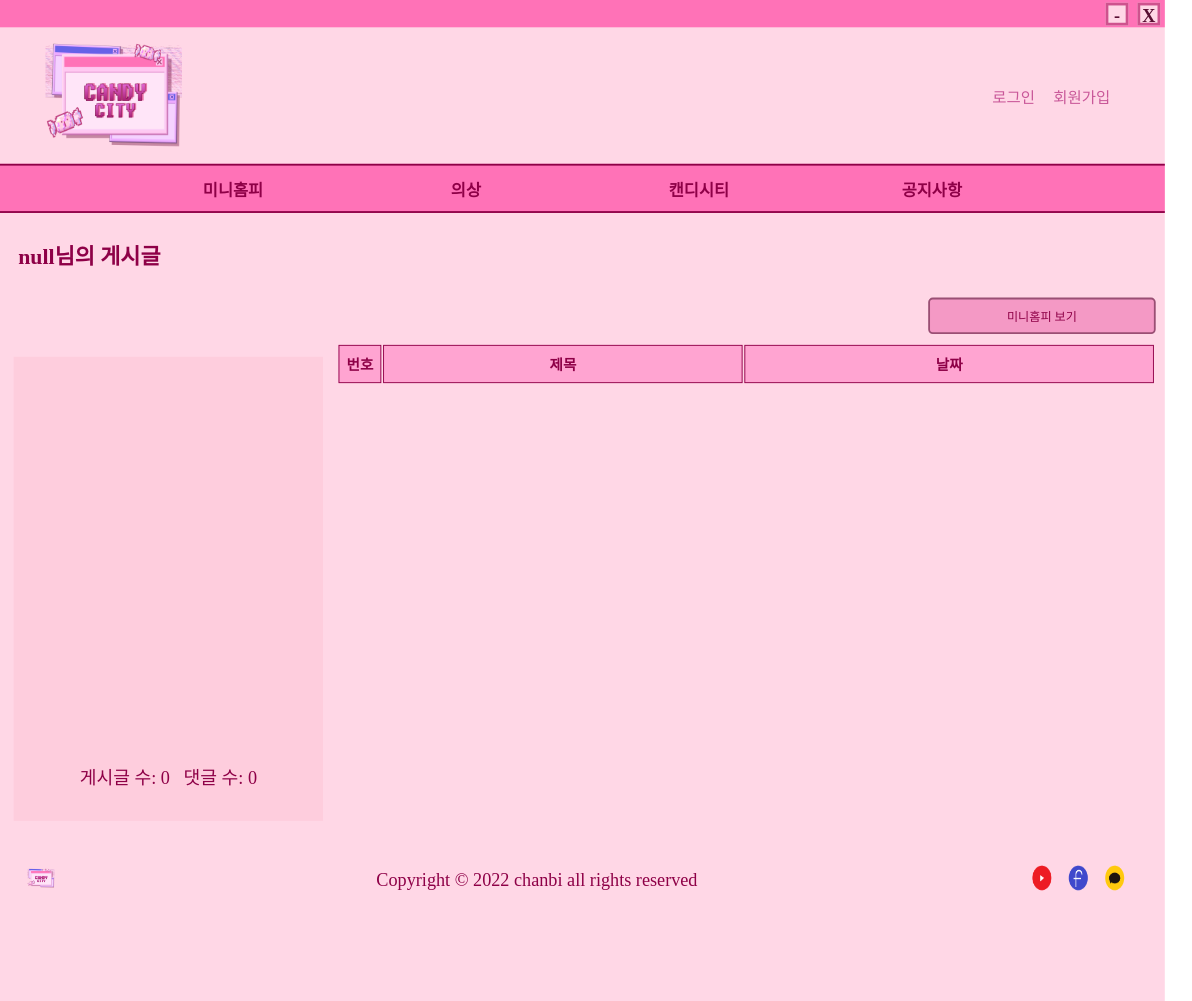
Repository: chanbiM/candyCityProject
Page: http://localhost/CandyCityProj/GetPostList
These files come from the project's save history. The page is drawn as it stood at one moment and after the next save; the edit follows.
The browser window is 1280 px wide. The page is 1310 px wide, so the pictures cover 1310 px, including what lies to the right of the window. The pictures show the whole page, at 91% of full size.
Some web fonts or font styles are not loaded; a fallback is used. The page is served by Tomcat 9. Other server files are loaded and not shown. Queries for data that is not in the repository find no rows.

Above is the page before, as saved 2022-11-19 10:48:15.

### CandyCityProj/WebContent/member/homepi/postList.jsp
<%@page import="vo.PostVO"%>
<%@page import="java.util.ArrayList"%>
<%@ page language="java" contentType="text/html; charset=UTF-8"
	pageEncoding="UTF-8"%>
<%@ include file="/header.jsp"%>
<link rel="stylesheet" href="/css/homepiStyle.css">
<link rel="stylesheet" href="/css/postListStyle.css">
<%
	MemberVO hompiData = (MemberVO) request.getAttribute("homepiUser");
	ArrayList<PostVO> postData = (ArrayList<PostVO>) request.getAttribute("postData");
%>
	        <!-- 미니홈피 보기-->
        <br>
        <h2><%= hompiData.getName() %>님의 게시글</h2>
			<!-- 버튼박스-->
			<div class="buttonBox">
			<button class="listBtn">
				<a href="/GetHomepi?id=<%= hompiData.getId() %>">미니홈피 보기</a>
			</button>
			<%
			if(vo != null) {

			%>
			<button class="listBtn">
				<a href="/GetHomepi?id=<%= vo.getId() %>">내 미니홈피로</a>
			</button>
			<%
			}
			%>

			</div>

			<div class="character_info">
	<div class="info_character">
		<!-- 유저캐릭터 전신 삽입-->
	</div>

	<!--내 홈피일 경우-->
	<%
	if(vo == null) {
	%>
		<br><br><br><br>
		<p style="font-size: 20px;">게시글 수: <%= hompiData.getPostNum() %> &nbsp; 댓글 수: <%= hompiData.getCommentNum() %></p>
	<%
	} else {
	%>
		<% if(vo.getId().equals(hompiData.getId())) {%>
		<a href="#" style="color: #804d66;">캐릭터 설정</a><br> <br>
		<button id="post_btn">
			<a href="/member/post/insertPost.jsp">글쓰기</a>
		</button>
		<% } %>
		<p style="font-size: 16px;">게시글 수: <%= hompiData.getPostNum() %> &nbsp; 댓글 수: <%= hompiData.getCommentNum() %></p>
	<% } %>

</div>

			<!--대표 게시글 목록-->
			<table id="post_list">
				<tr>
					<th class="number">
						번호
					</th>

					<th class="title">
						제목
					</th>

					<th class="name">
						날짜
					</th>
				</tr>

				<%
					int num = 1;
					for(PostVO data : postData) {
				%>
					<tr>
						<td>
							<a href="/GetPost?id=<%= data.getId() %>&postCode=<%= data.getPostCode() %>&name=<%= hompiData.getName() %>"><%= num %></a>
						</td>
						<td>
							<a href="/GetPost?id=<%= data.getId() %>&postCode=<%= data.getPostCode() %>&name=<%= hompiData.getName() %>"><%= data.getTitle() %></a>
						</td>
						<td>
						<%
                				if(data.getUpdateDate() == null) {
                			%>
                				<a href="/GetPost?id=<%= data.getId() %>&postCode=<%= data.getPostCode() %>&name=<%= hompiData.getName() %>"><%= data.getWriteDate() %></a>
                			<%
                				} else {
                			%>
                					<a href="/GetPost?id=<%= data.getId() %>&postCode=<%= data.getPostCode() %>&name=<%= hompiData.getName() %>"><%= data.getUpdateDate() %></a>
                			<%
                				}
                			%>
						</td>
				</tr>
					<% num++; %>
				<% } %>


			</table>

<%@ include file="/footer.jsp"%>

### CandyCityProj/WebContent/header.jsp
<%@page import="vo.MemberVO"%>
<%@ page language="java" contentType="text/html; charset=UTF-8"
	pageEncoding="UTF-8"%>
<!DOCTYPE html>
<html>
<head>
<meta charset="UTF-8">
<title>Candy City</title>
<link rel="stylesheet" href="/css/mainStyle.css">
<script src="/js/jquery-3.1.1.min.js"></script>
</head>
<body>
	<div class="wrapper">
		<!-- 창 바 -->
		<div class="window">
			<button class="widow_btn" id="-_btn">-</button>
			<button class="widow_btn" id="x_btn">X</button>
		</div>

		<header>
			<!-- 로고 -->
			<div class="logo">
				<a href="/index.jsp"><img alt="로고" src="/images/logo.png"></a>
			</div>

			<!-- 기타 메뉴바 -->
			<div class="minimenu">

				<ul>
					<%
						MemberVO vo = (MemberVO) session.getAttribute("loginOK");
						if (vo == null) {
					%>
					<li><a href="/member/login.jsp">로그인</a></li>
					<li><a href="/member/insertMember.jsp">회원가입</a></li>
					<%
						} else {
					%>
					<li><a href="/member/myPage.jsp"><%=vo.getName()%>님</a></li>
					<li><a href="/logout"> 로그아웃 </a></li>
					<li><a href="/member/myPage.jsp">마이페이지</a></li>

					<%
						}
					%>
				</ul>

			</div>
		</header>

		<!-- 메뉴바 -->
		<nav>
			<ul class="mainmenu">
				<li><a href="/getHomepiList">미니홈피</a>
					<ul class="submenu">
					<%
						if (vo == null) {
					%>
						<li><a href="/member/login.jsp">내 미니홈피</a></li>
						<li><a href="/getHomepiList">미니홈피 목록</a></li>
					<%
						} else {
					%>

						<li><a href="/GetHomepi?id=<%= vo.getId() %>">내 미니홈피</a></li>
						<li><a href="/getHomepiList">미니홈피 목록</a></li>
					<%
						}
					%>
					</ul></li>

				<li><a href="#">의상</a>
					<ul class="submenu">
					<%
						if (vo == null) {
					%>
						<li><a href="/member/login.jsp">내 의상</a></li>
						<li><a href="/member/login.jsp">의상 상점</a></li>
						<li><a href="/member/login.jsp">의상 설정</a></li>
					<% } else {
					%>
						<li><a href="/getcCostumeList?id=<%= vo.getId() %>&name=<%= vo.getName() %>">내 의상</a></li>
						<li><a href="/getShopList?id=<%= vo.getId() %>">의상 상점</a></li>
						<li><a href="/characterSet">의상 설정</a></li>
					<%
					} %>
					</ul></li>

				<li><a href="/getCandyCityList">캔디시티</a>
					<ul class="submenu">
					</ul></li>

				<li><a href="/getNoticeList?type=E">공지사항</a>
					<ul class="submenu">
						<li><a href="/getNoticeList?type=E">이벤트</a></li>
						<li><a href="/getNoticeList?type=N">공지사항</a></li>
						<li><a href="/getNoticeList?type=R">당첨자 발표</a></li>
					</ul></li>

				<%
					MemberVO adminVo = (MemberVO) session.getAttribute("manager");
					if (adminVo != null) {
				%>
				<li><a href="/getUserList">관리자용 메뉴</a>
					<ul class="submenu">
						<li><a href="/getUserList">유저 리스트</a></li>
						<!-- <li><a href="#">문의글 확인</a></li>
						<li><a href="#">신고글 확인</a></li> -->
						<li><a href="/admin/noticeInsert.jsp">공지사항/이벤트 작성</a></li>
					</ul></li>
			<%
				}
			%>
			</ul>

		</nav>

### CandyCityProj/WebContent/footer.jsp
<%@ page language="java" contentType="text/html; charset=UTF-8"
    pageEncoding="UTF-8"%>
        <!-- 푸터 영역 -->
        <footer>
            <!-- 하단로고 -->
            <div>
                <a href="/index.jsp" class="logo">
                    <img src="/images/logo.png" alt="로고" >
                </a>
            </div>
            <!-- 카피라이트 -->
            <div class="copyright">
                <p> Copyright &copy; 2022 chanbi all rights reserved</p>
            </div>
            <!-- SNS -->
            <div>
                <ul class="sns">
                    <li><a href="https://www.youtube.com/@rorochanbi"><img src="/images/youtube.png" alt="유튜브" height="40"></a></li>
                    <li><a href="#"><img src="/images/facebook.png" alt="페이스북" height="40"></a></li>
                    <li><a href="https://open.kakao.com/o/s1olGebe"><img src="/images/kakao.png" alt="카카오톡" height="40"></a></li>
                </ul>
            </div>
        </footer>
    </div>
	<script src="/js/script.js"></script>
</body>
</html>

### CandyCityProj/src/controller/GetPostListController.java
package controller;

import java.io.IOException;
import java.io.PrintWriter;
import java.util.ArrayList;

import javax.servlet.ServletException;
import javax.servlet.annotation.WebServlet;
import javax.servlet.http.HttpServlet;
import javax.servlet.http.HttpServletRequest;
import javax.servlet.http.HttpServletResponse;

import dao.MemberDAO;
import dao.PostDAO;
import vo.MemberVO;
import vo.PostVO;

/**
 * Servlet implementation class GetPostList
 */
@WebServlet("/GetPostList")
public class GetPostListController extends HttpServlet {
	private static final long serialVersionUID = 1L;

	public GetPostListController() {
		super();
		// TODO Auto-generated constructor stub
	}

	protected void doGet(HttpServletRequest request, HttpServletResponse response)
			throws ServletException, IOException {
		response.setContentType("text/html; charset=UTF-8");
		request.setCharacterEncoding("UTF-8");
		PrintWriter out = response.getWriter();
		MemberDAO dao = new MemberDAO();
		PostDAO postDao = new PostDAO();

		String userId = request.getParameter("id");

		if (userId == null) {
			out.println("<script>alert('잘못된 경로입니다'); history.back(); </script>");
		}

		MemberVO homepiData = dao.getMemberInfo(userId);
		ArrayList<PostVO> postData = postDao.getPost(userId);

		if (homepiData.getId() == null) {
			out.println("<script>alert('해당 유저를 찾을 수 없습니다'); history.back(); </script>");
		}

		request.setAttribute("homepiUser", homepiData);
		request.setAttribute("postData", postData);

		request.getRequestDispatcher("/member/homepi/postList.jsp").forward(request, response);
	}


	protected void doPost(HttpServletRequest request, HttpServletResponse response)
			throws ServletException, IOException {
		// TODO Auto-generated method stub
		doGet(request, response);
	}

}

### CandyCityProj/src/vo/MemberVO.java
package vo;

import java.sql.Date;

import oracle.sql.DATE;

public class MemberVO {
	private String id;
	private String pwd;
	private String name;
	private String gender;
	private int join_num;
	private int candy;
	private int postNum;
	private int commentNum;
	private String manager;
	private String introduce;

	private Date joinDate;
	private Date loginDate;

	public Date getJoinDate() {
		return joinDate;
	}

	public void setJoinDate(Date joinDate) {
		this.joinDate = joinDate;
	}

	public Date getLoginDate() {
		return loginDate;
	}

	public void setLoginDate(Date loginDate) {
		this.loginDate = loginDate;
	}

	public String getIntroduce() {
		return introduce;
	}

	public void setIntroduce(String introduce) {
		this.introduce = introduce;
	}

	public MemberVO() {
	}

	public String getId() {
		return id;
	}

	public void setId(String id) {
		this.id = id;
	}

	public String getPwd() {
		return pwd;
	}

	public void setPwd(String pwd) {
		this.pwd = pwd;
	}

	public String getName() {
		return name;
	}

	public void setName(String name) {
		this.name = name;
	}

	public String getGender() {
		return gender;
	}

	public void setGender(String gender) {
		this.gender = gender;
	}

	public int getJoin_num() {
		return join_num;
	}

	public void setJoin_num(int join_num) {
		this.join_num = join_num;
	}

	public int getCandy() {
		return candy;
	}

	public void setCandy(int candy) {
		this.candy = candy;
	}

	public int getPostNum() {
		return postNum;
	}

	public void setPostNum(int postNum) {
		this.postNum = postNum;
	}

	public int getCommentNum() {
		return commentNum;
	}

	public void setCommentNum(int commentNum) {
		this.commentNum = commentNum;
	}

	public String getManager() {
		return manager;
	}

	public void setManager(String manager) {
		this.manager = manager;
	}

}

### CandyCityProj/src/common/JdbcUtill.java
package common;

import java.sql.Connection;
import java.sql.DriverManager;
import java.sql.PreparedStatement;
import java.sql.ResultSet;

public class JdbcUtill {
	public static Connection getConnection() {
		Connection conn = null;

		try {
			Class.forName("oracle.jdbc.driver.OracleDriver");
			conn = DriverManager.getConnection("jdbc:oracle:thin:@localhost:1521:xe", "hr", "hr");
		} catch (Exception e) {
			System.out.println("DB 연결 실패");
			e.printStackTrace();
		}
		return conn;
	}

	public static void close(Connection conn, PreparedStatement pstmt) {
		if (pstmt!= null) {
			try {
				pstmt.close();
			} catch (Exception e) {
				// TODO: handle exception
				System.out.println("pstmt.close() 실패");
			}
		}

		if(conn != null) {
			try {
				conn.close();
			} catch (Exception e) {
				// TODO: handle exception
				System.out.println("conn.close() 실패");
				e.printStackTrace();
			}
		}
	}

	public static void close(Connection conn, PreparedStatement pstmt, ResultSet rs) {
		if(rs != null) {
			try {
				rs.close();
			} catch (Exception e) {
				// TODO: handle exception
				System.out.println("rs.close() ����");
				e.printStackTrace();
			}
		}
		close(conn, pstmt);
	}


}

### CandyCityProj/WebContent/css/homepiStyle.css
body {
    -ms-overflow-style: none;
}

a:hover {
	cursor: pointer;
}
body::-webkit-scrollbar {
    display: none;
}
.wrapper {
	min-height: 1100px;
}

.member_info {
    width: 95%;
    background-color: #fecddd;
    height: 150px;
    margin: auto;
    padding: 20px;
}

.member_info li{
	height: 100%;
}
.member_info ul {
    display: flex;
    justify-content: space-evenly;
    align-items: center;
    height: 100%;
}

.profile_char img{
    width: 150px;
    height: 150px;
    background-color: rgb(164, 111, 130);
    border-radius: 20px;
}

.info {
    width: 800px;
}

#homepi_info {
    width: 150px;
    height: 40px;
    margin-top: 100px;
    background-color: #ca6497;
    color: #fff1f1;
    border: 2px #9a4f74 solid;
    border-radius: 5px;
}

#homepi_info:hover {
    background-color: #943464;
    color: #d5c8c8;
    cursor: pointer;
    transition: background-color 0.2s, color 0.2s;
}

input:focus {outline: none;}

input::placeholder {
    color: #7e3b5d;
}

.character_info {
    float: left;
    width: 300px;
    background-color: #fecddd;
    height: 470px;
    margin: 15px;
    padding: 20px;
    text-align: center;
}

.info_character {
    width: 280px;
    border-radius: 20px;
    height: 350px;
    display: flex;
    margin: auto;
    margin-bottom: 5px;
}

.info_character img {
	width: 300px;
	height: 400px;
	position: absolute;
}

#post_btn {
    width: 250px;
    height: 40px;
    margin-bottom: 10px;
    background-color: #ca6497;
    color: #fff1f1;
    border: 2px #9a4f74 solid;
    border-radius: 5px;
}
#post_btn:hover {
    background-color: #943464;
    color: #d5c8c8;
    cursor: pointer;
    transition: background-color 0.2s, color 0.2s;
}

.post_search {
    margin: 15px;

}

input[type="text"]{
   width: 65%;
   height: 50px;

    font-size: 25px;
    padding-left: 5px;
    /*border: #811b4e 2px solid;*/
    border: 2px solid #943464;
    background-color: rgb(255, 255, 255);
  }

  input[type="submit"]{
    width: 5%;
    height: 56px;
    background-color: #ca6497;
    color: #fff1f1;
    border: 2px #9a4f74 solid;
  }
  input[type="submit"]:hover {
    background-color: #943464;
    color: #d5c8c8;
    cursor: pointer;
    transition: background-color 0.2s, color 0.2s;
}

.representative_post {
    border: 2px solid #943464;

    width: 66%;
    height: 750px;
    display: inline-block;
    padding: 20px;
}
#post_content {
    height: 370px;
}
#post_list {
    display: flex;
    align-items: flex-end;
    justify-content: flex-end;
}
#post_list button{
    background-color: #ca6497;
    color: #fff1f1;
    border: 2px #9a4f74 solid;
    width: 200px;
    height: 40px;
}



#post_list button:hover {
    background-color: #943464;
    color: #d5c8c8;
    cursor: pointer;
    transition: background-color 0.2s, color 0.2s;
}

hr {
    width: 100%;
    text-align: center;
    margin: auto;

	height : 1px;
    border: 0;
	background-color : #811b4e;
}

.post {
    border: 2px solid #943464;

    width: 66%;
    height: 750px;
    display: inline-block;
    padding: 20px;
}

.title {
	margin: 0px;
}

.notice {
	border: 2px solid #943464;

    width: 1180px;
    height: 750px;
    padding: 20px;
    margin: 30px;
}

#notice_content {
	height: 600px;
}

#notice_list {
    display: flex;
    justify-content: flex-end;
    margin-right: 30px;
}
#notice_list button{
    background-color: #ca6497;
    color: #fff1f1;
    border: 2px #9a4f74 solid;
    width: 200px;
    height: 40px;
}


.head {
	z-index: 60;
}

.eyes {
	z-index: 59;
}

.body {
	z-index: 61;
}

.shoes {
	z-index: 58;
}

.character {
	z-index: 50;

}

### CandyCityProj/WebContent/css/postListStyle.css
#post_list {
    width: 900px;
    display: flex;
    justify-content: center;

}

th {
	background-color: #ffa4d1;
}


td, th, tr {
	text-align: center;
    border: 1px solid;
    height: 40px;
    overflow: hidden;
}

.number {
    width: 70px;
}

.title {
    width: 700px;
}
.date {
	width: 300px;
}
.end {
	width: 250px;
}
.type {
    width: 80px;
}

.name {
	width: 800px;
}

.joinDate {
	width: 400px;
}

.loginDate {
	width: 400px;
}

.buttonBox {
	width: 100%;
    display: flex;
    justify-content: flex-end;

}

.listBtn {
	margin-right: 10px;
	margin-bottom: 20px;
	width: 250px;
    height: 40px;
    margin-bottom: 10px;
    background-color: #f499c5;
    border: 2px #9a4f74 solid;
    border-radius: 5px;
}

.listBtn:hover {
    background-color: #943464;
    color: #d5c8c8;
    cursor: pointer;
    transition: background-color 0.2s, color 0.2s;
}

h2 {
	margin-left: 20px;
	margin-top: 10px;
}

.homepiList {
	margin: auto;

}

.nickName {
	width: 1200px;
}

.candyCity {
	width: 100%;
	height: 400px;
	margin-bottom: 30px;
	display: flex;
}

.char img {
	margin-top: 20px;
	position: absolute;
}


#candy_back{
	position: absolute;
}

.mainList {
	width: 100%;
	display: flex;
	flex-wrap:wrap;
}

h3 {
	margin-top: 100px;
	text-align: center;
	margin-bottom: 150px;
}
.mainList li {
	width: 20%;
	display: flex;
	justify-content: center;



}

.subList {
	width: 100%;
	height: 300px;
	align-items: center;

}

.subList li{
	width: 100%;
	text-align: center;
	overflow: hidden;
	height: 300px;
}

.char_name {
	height: 50px;
	z-index: 70;
}

Loaded but not shown: CandyCityProj/WebContent/js/jquery-3.1.1.min.js (library); CandyCityProj/WebContent/js/script.js (84 lines, source omitted); CandyCityProj/src/dao/MemberDAO.java (382 lines, source omitted); CandyCityProj/WebContent/css/mainStyle.css (514 lines, source omitted); CandyCityProj/src/dao/PostDAO.java (297 lines, source omitted)

After the next save:
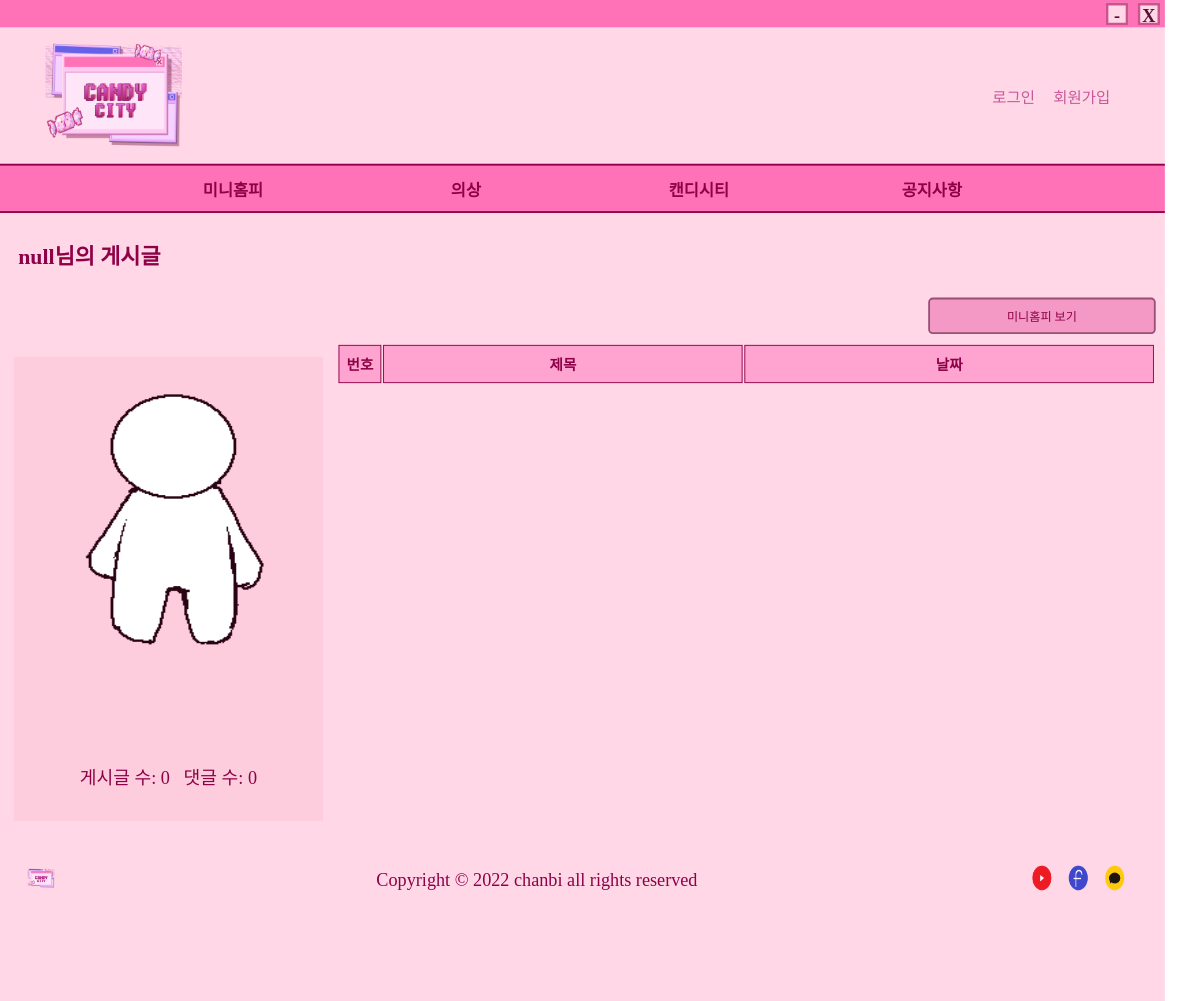
Saved 35 s later.
--- a/CandyCityProj/WebContent/member/homepi/postList.jsp
+++ b/CandyCityProj/WebContent/member/homepi/postList.jsp
@@ -32,7 +32,7 @@
 
 			<div class="character_info">
 	<div class="info_character">
-		<!-- 유저캐릭터 전신 삽입-->
+		<img alt="캐릭터" src="/images/costume/character.png">
 	</div>
 
 	<!--내 홈피일 경우-->
